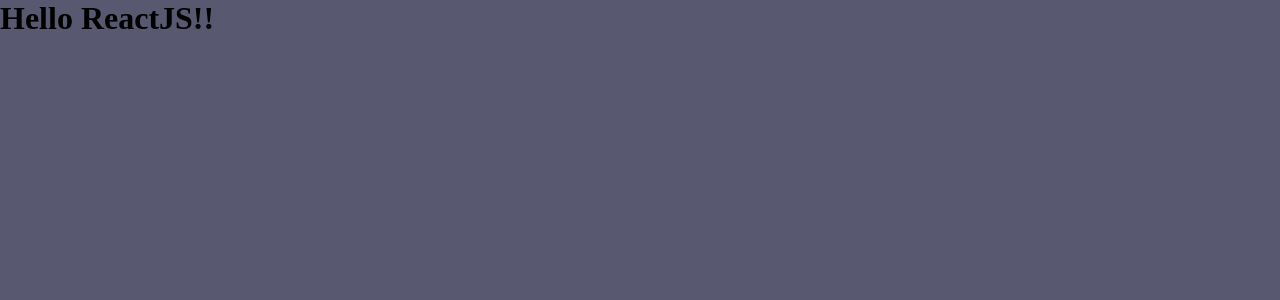
Repository: niltonmalves/01-githug-explorer
Page: /
An editor plug-in stored every save of this project. The page is shown before and after the next save, followed by the edit.
The browser window is 1280 px wide. The pictures show the whole page.
The project was rebuilt for these pictures with package versions that can differ from the ones it lists, and the page was loaded fresh each time. Also part of the build but not shown: webpack.config.js.

Above is the page before, as saved 2022-01-06 14:26:23.

### public/index.html
<!DOCTYPE html>
<html lang="en">
<head>
    <meta charset="UTF-8">
    <meta http-equiv="X-UA-Compatible" content="IE=edge">
    <meta name="viewport" content="width=device-width, initial-scale=1.0">
    <title>Github Explore</title>
</head>
<body>
    <div id="root"></div>

</body>
</html>

### src/index.jsx
import {render} from 'react-dom';
import { App } from './App';

render(<App/>, document.getElementById('root'))

### src/App.jsx
import './styles/global.scss';

export function App(){
    return <h1>Hello ReactJS!!</h1>
}

### src/styles/global.scss
* {
    margin: 0;
    padding: 0;
    box-sizing: border-box;
}

body {
    font: Arial, Helvetica, sans-serif;
    background-color: rgb(88, 88, 112);
}

After the next save:
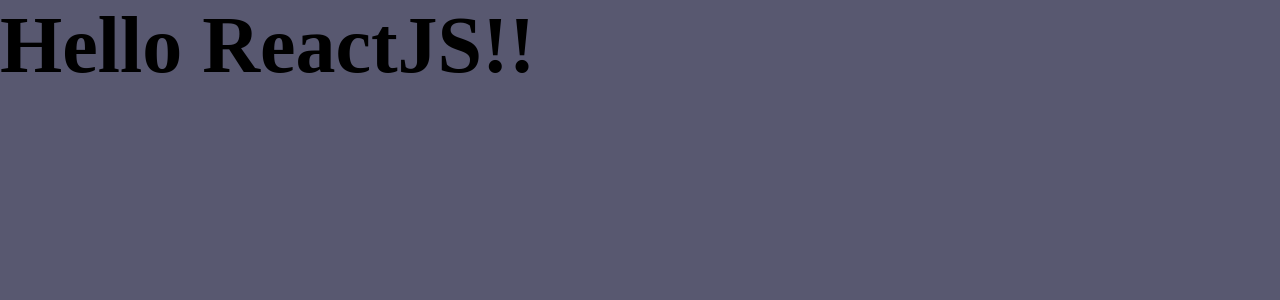
Saved 2 min 37 s later.
--- a/src/styles/global.scss
+++ b/src/styles/global.scss
@@ -7,4 +7,7 @@
 body {
     font: Arial, Helvetica, sans-serif;
     background-color: rgb(88, 88, 112);
+    h1 {
+        font-size: 80px;
+    }
 }
